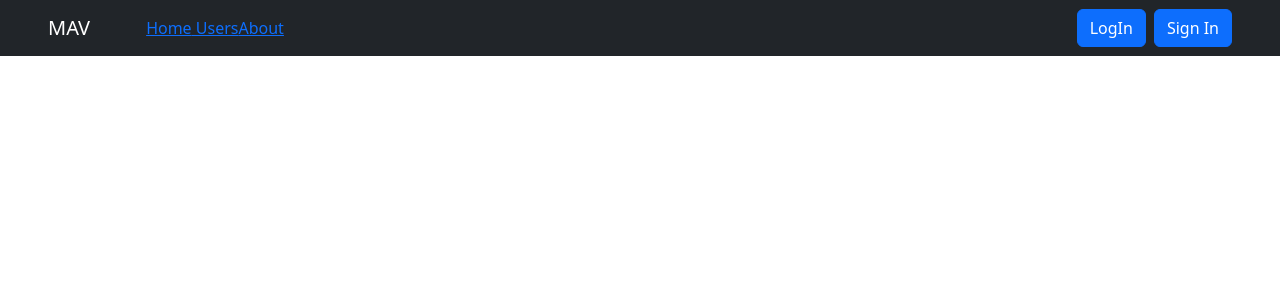
Repository: Dekabrist94/Bootstrap-First-Page
Page: /
The author's editor kept a copy of each file at every save. The page is drawn from the files as they stood at one save, then again after the next save.
The browser window is 1280 px wide. The pictures show the whole page.
The project was rebuilt for these pictures with package versions that can differ from the ones it lists, and the page was loaded fresh each time. Also part of the build but not shown: src/components/Users.js, src/components/About.js.

Above is the page before, as saved 2023-04-13 09:31:50.

### src/App.js
import React from 'react';
import { Navibar } from './components/Navibar';
import 'bootstrap/dist/css/bootstrap.min.css';

import { Home } from './components/Home';
import { Users } from './components/Users';
import { About } from './components/About';

import { BrowserRouter as Router, Routes, Route } from 'react-router-dom';

function App() {
  return (
    <>
      <Router>
        <Navibar />
        <Routes>
          <Route exact path="/" element={<Home />} />
          <Route path="/users" element={<Users />} />
          <Route path="/about" element={<About />} />
        </Routes>
      </Router>
    </>
  );
}

export default App;

### src/components/Navibar.js
import React from 'react';
import { Nav, Navbar, Button } from 'react-bootstrap';
import { Link } from 'react-router-dom';

export const Navibar = () => {
  return (
    <>
      <Navbar collapseOnSelect expand="lg" bg="dark" variant="dark">
        <Navbar.Brand className="ms-5 me-5">MAV</Navbar.Brand> {/*LOGO */}
        <Navbar.Toggle aria-controls="responsive-navbar-nav" /> {/* Svernut Menu */}
        <Navbar.Collapse id="responsive-navbar-nav">
          {/*Razvernut Menu */}
          <Nav className="me-auto">
            <Nav.Link>
              <Link to="/">Home</Link>
              <Link to="/users"> Users</Link>
              <Link to="/about">About</Link>{' '}
            </Nav.Link>
          </Nav>
          <Nav className="me-5">
            <Button variant="primary" className=" me-2">
              LogIn
            </Button>
            <Button variant="primary">Sign In</Button>
          </Nav>
        </Navbar.Collapse>
      </Navbar>
    </>
  );
};

### src/components/Home.js
import React from 'react';

export const Home = () => {
  return <></>;
};

Loaded but not shown: public/index.html (common file); src/index.js (common file); src/index.css (common file); src/reportWebVitals.js (common file)

After the next save:
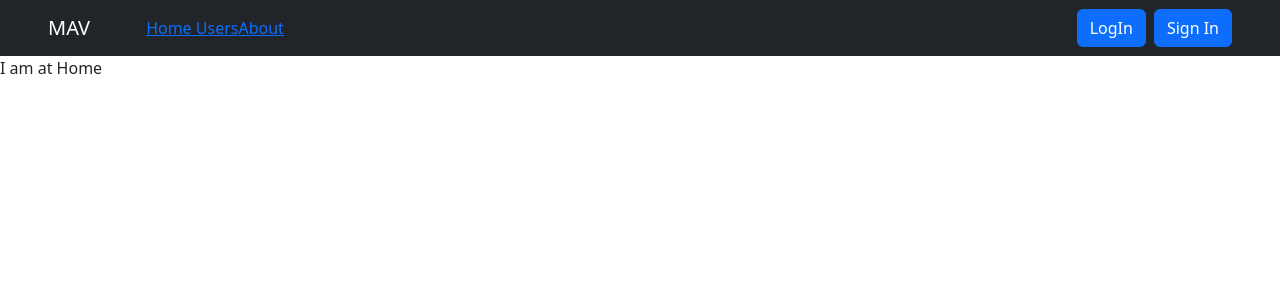
Saved 25 s later.
--- a/src/components/Home.js
+++ b/src/components/Home.js
@@ -1,5 +1,5 @@
 import React from 'react';
 
 export const Home = () => {
-  return <></>;
+  return <>I am at Home</>;
 };
